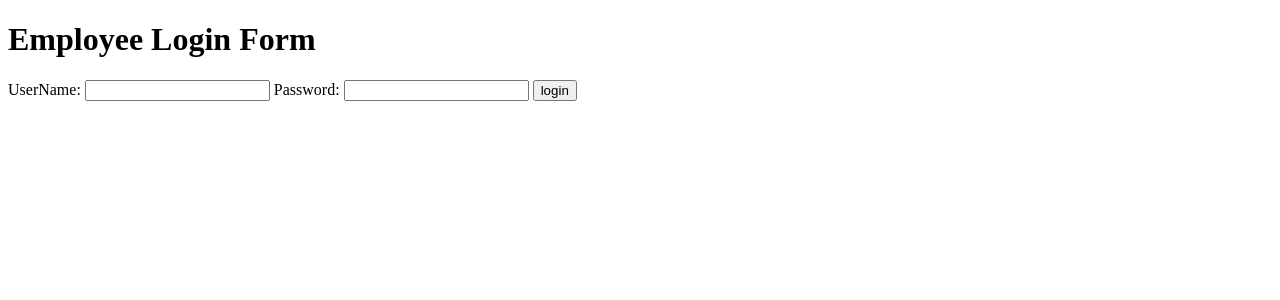
Repository: tsvel2001/TsVelDevelopment
Page: http://localhost/LoginPage/Login.jsp
An editor plug-in stored every save of this project. The page is shown before and after the next save, followed by the edit.
The browser window is 1280 px wide. The pictures show the whole page.
The page is served by Tomcat 9. Other server files are loaded and not shown.

Above is the page before, as saved 2024-10-12 05:51:17.

### LoginPage/src/main/webapp/Login.jsp
<%@ page language="java" contentType="text/html; charset=UTF-8"
    pageEncoding="UTF-8"%>
<!DOCTYPE html>
<html>
<head>
<meta charset="UTF-8">
<title>Insert title here</title>
</head>
<body>
<h1>Employee Login Form</h1>
<form action="Login" method="post"></form>
<label>UserName: <input type="text" id="userName" name="userName"></label>
<label>Password: <input type="text" id="password" name="password"></label>
<input type="submit" value="login">

</body>
</html>

After the next save:
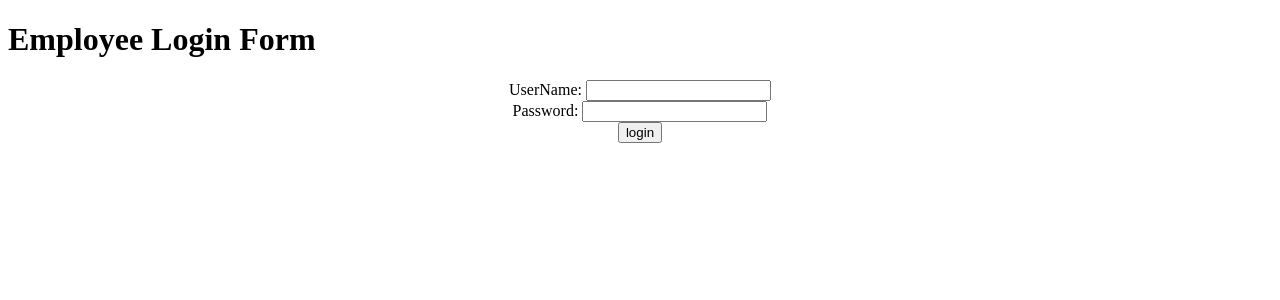
Saved 12 min 56 s later.
--- a/LoginPage/src/main/webapp/Login.jsp
+++ b/LoginPage/src/main/webapp/Login.jsp
@@ -1,5 +1,5 @@
 <%@ page language="java" contentType="text/html; charset=UTF-8"
-    pageEncoding="UTF-8"%>
+	pageEncoding="UTF-8"%>
 <!DOCTYPE html>
 <html>
 <head>
@@ -7,11 +7,19 @@
 <title>Insert title here</title>
 </head>
 <body>
-<h1>Employee Login Form</h1>
-<form action="Login" method="post"></form>
-<label>UserName: <input type="text" id="userName" name="userName"></label>
-<label>Password: <input type="text" id="password" name="password"></label>
-<input type="submit" value="login">
+	<h1>Employee Login Form</h1>
+	<form action="Login" method="post"></form>
+	<div align="center">
+		<label>UserName: <input type="text" id="userName"
+			name="userName"></label>
+	</div>
+	<div align="center">
+		<label>Password: <input type="text" id="password"
+			name="password"></label>
+	</div>
+	<div align="center">
+		<input type="submit" value="login">
+	</div>
 
 </body>
 </html>
